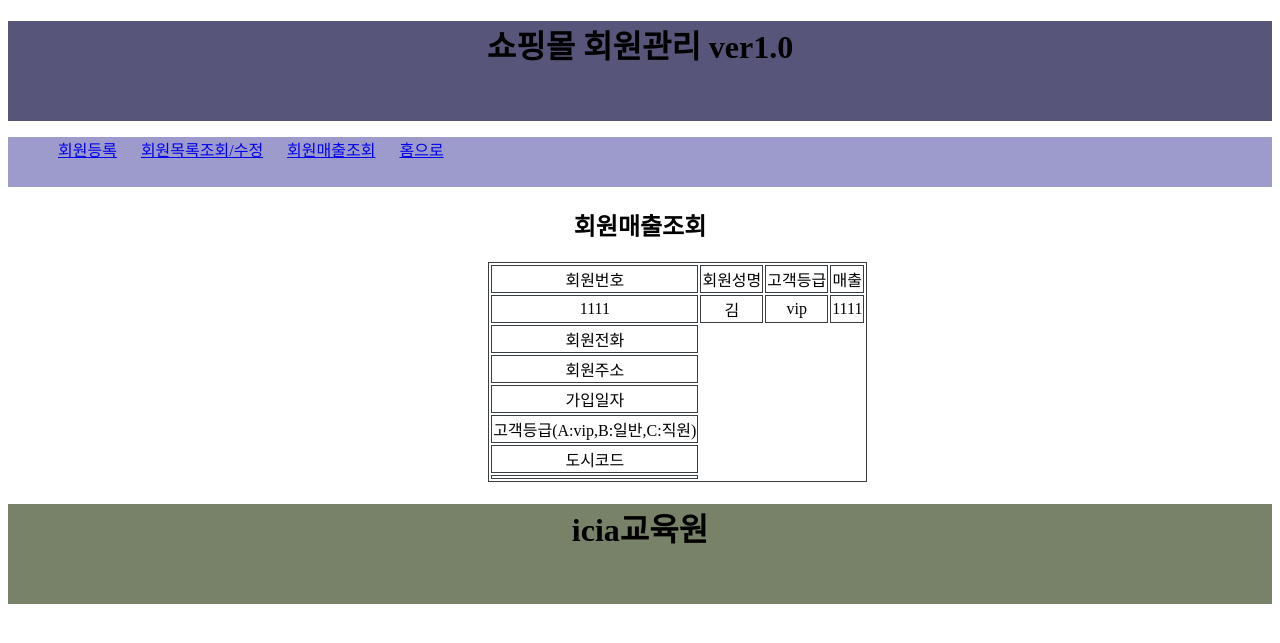
Repository: Kim-seongjun/javastudy2
Page: http://localhost/back_end_test/membersales
These files come from the project's save history. The page is drawn as it stood at one moment and after the next save; the edit follows.
The browser window is 1280 px wide. The pictures show the whole page.
The page is served by Tomcat 9.

Above is the page before, as saved 2020-01-22 06:04:25.

After the next save:
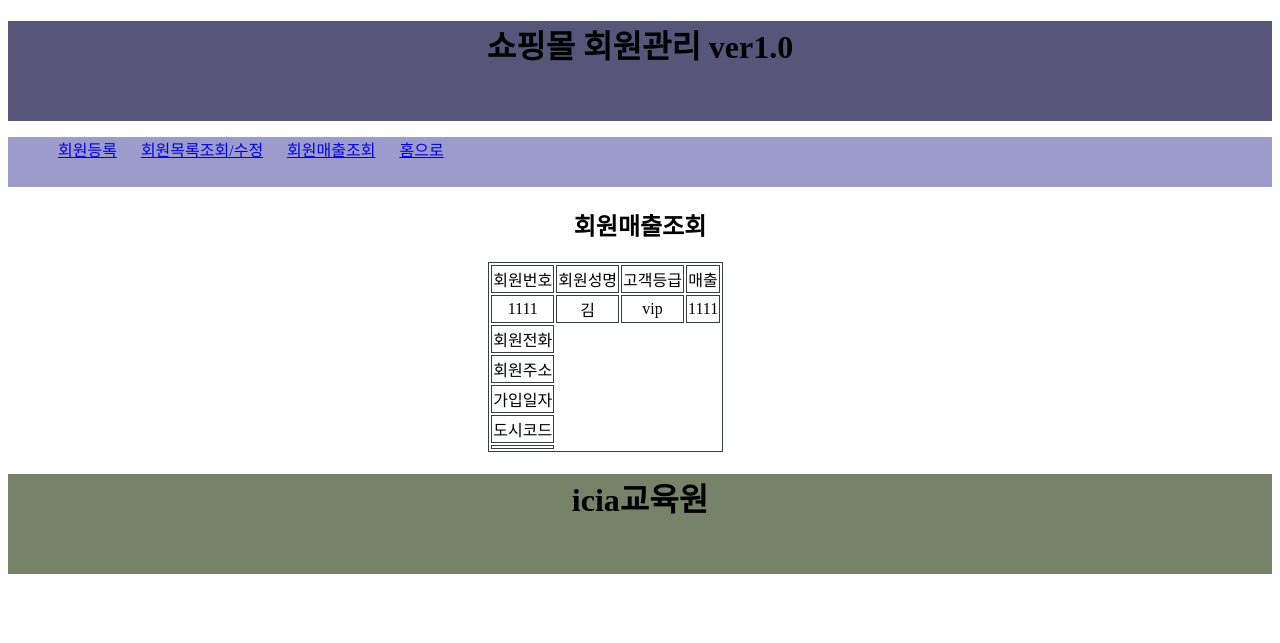
Saved 16 s later.
--- a/back_end_test/WebContent/membersales.jsp
+++ b/back_end_test/WebContent/membersales.jsp
@@ -72,9 +72,6 @@ tr td {
 						<td>가입일자</td>
 					</tr>
 					<tr>
-						<td>고객등급(A:vip,B:일반,C:직원)</td>
-					</tr>
-					<tr>
 						<td>도시코드</td>
 					</tr>
 					<tr>
